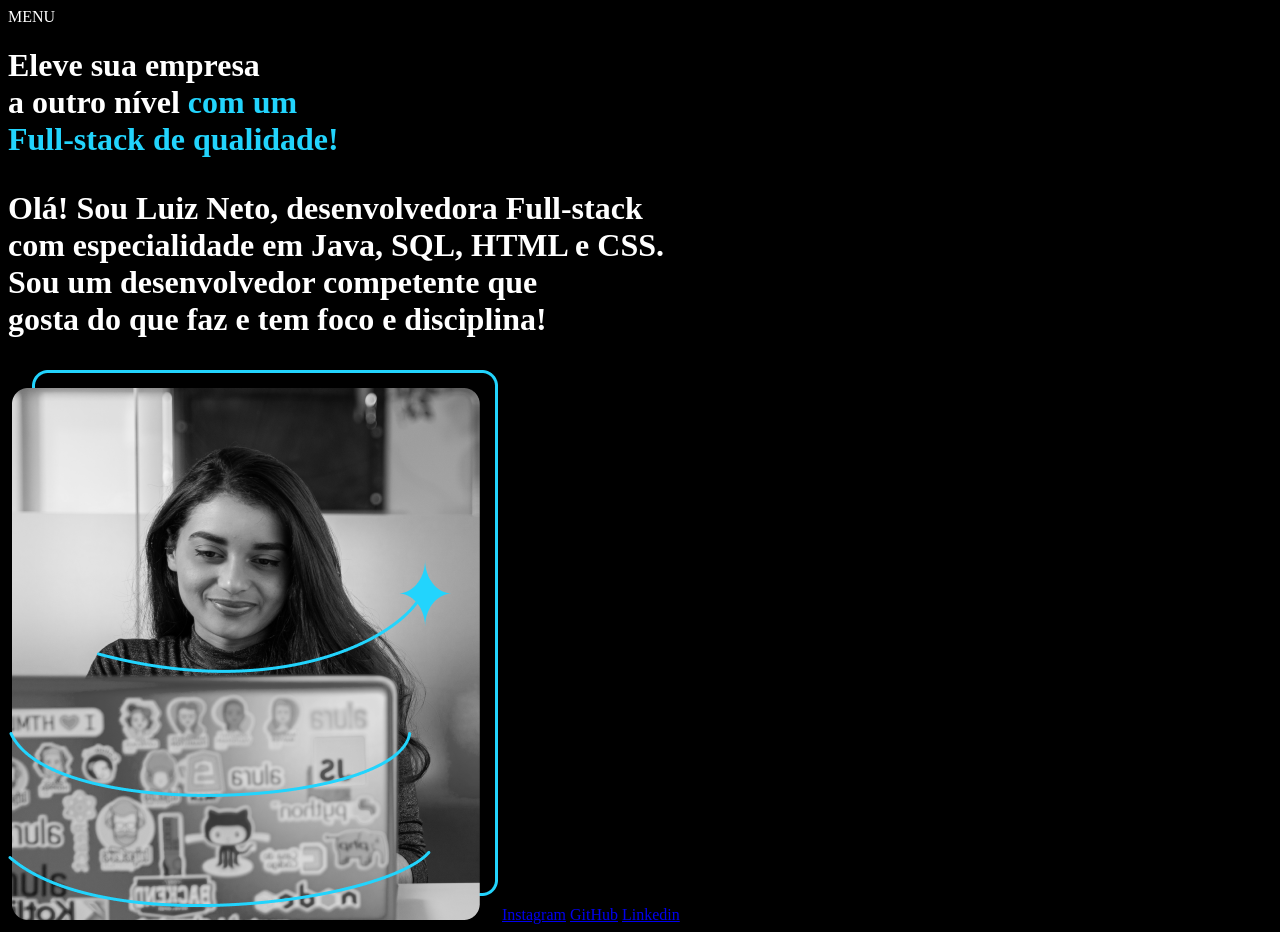
Repository: luiz123098/Sobre-mim-em-HTM-CSS
Page: htmlcss.html
These files come from the project's save history. The page is drawn as it stood at one moment and after the next save; the edit follows.
The browser window is 1280 px wide. The pictures show the whole page.

Above is the page before, as saved 2023-03-08 11:01:17.

After the next save:
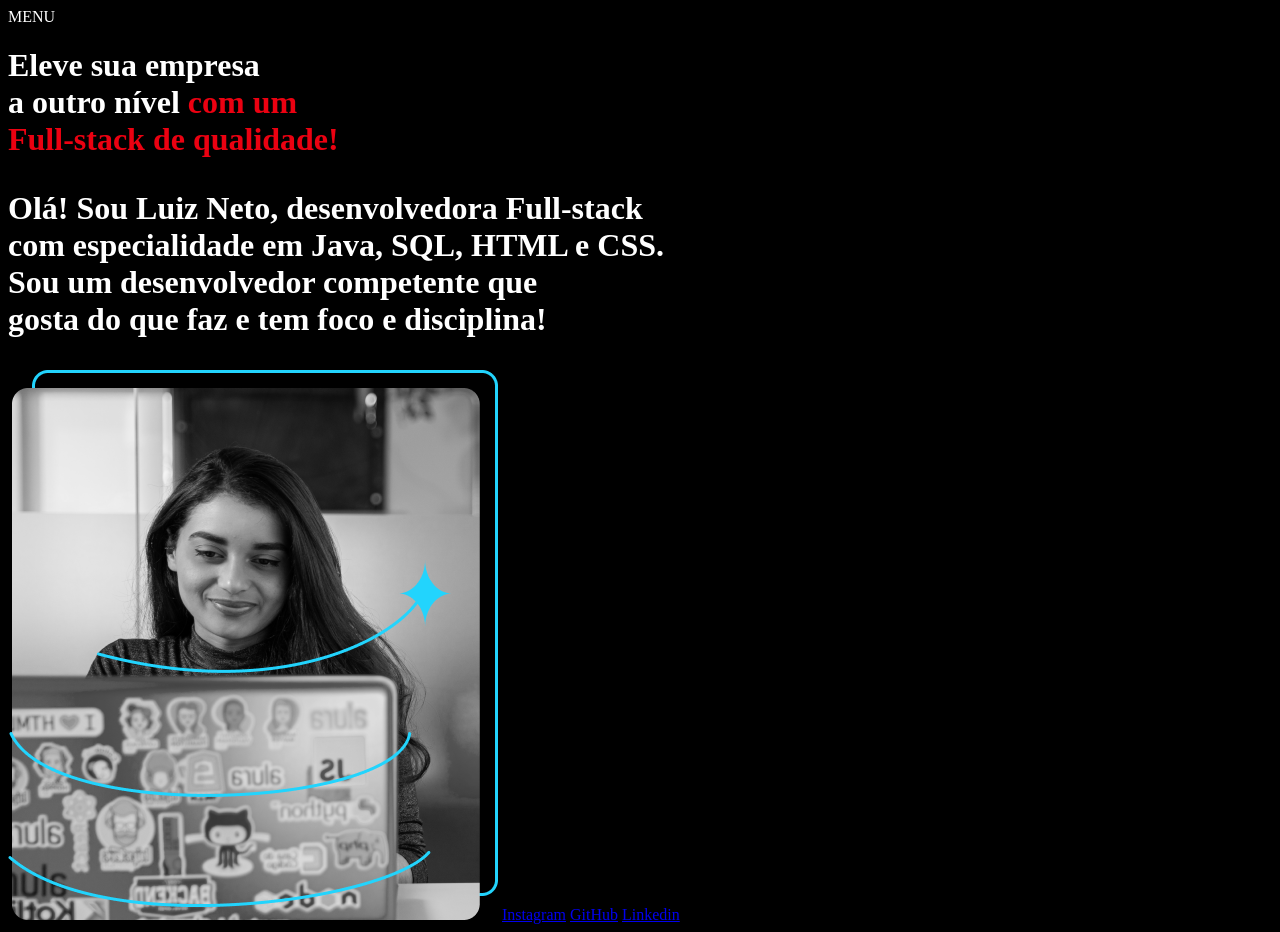
Saved 115 min 27 s later.
--- a/style.Css
+++ b/style.Css
@@ -4,5 +4,5 @@
 }
 
 .texto_em_destaque{
-    color: #22D4FD;
+    color: #EB0111;
 }

After the save that followed:
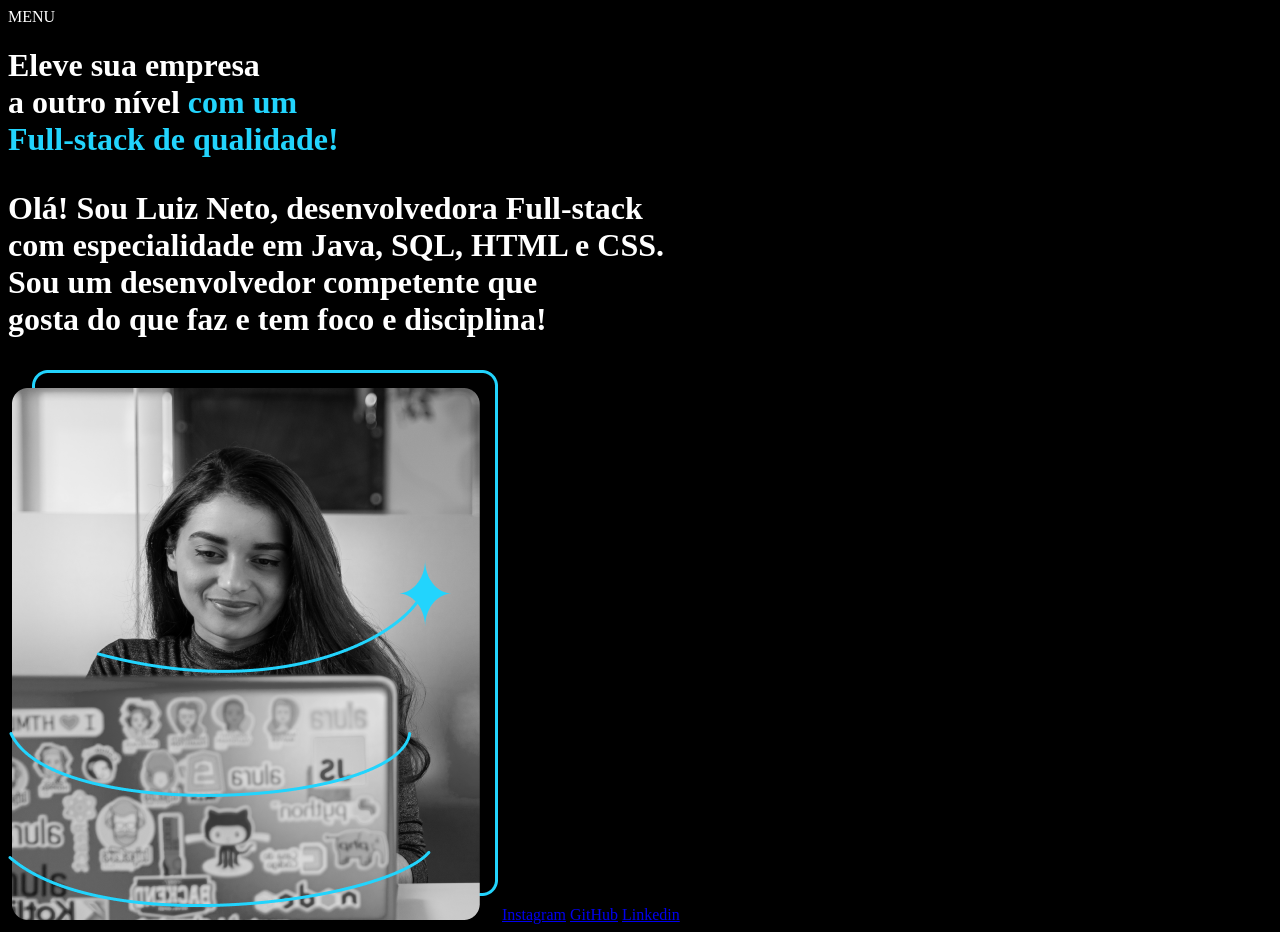
Saved 16 s later.
--- a/style.Css
+++ b/style.Css
@@ -4,5 +4,5 @@
 }
 
 .texto_em_destaque{
-    color: #EB0111;
+    color: #22D4FD;
 }
